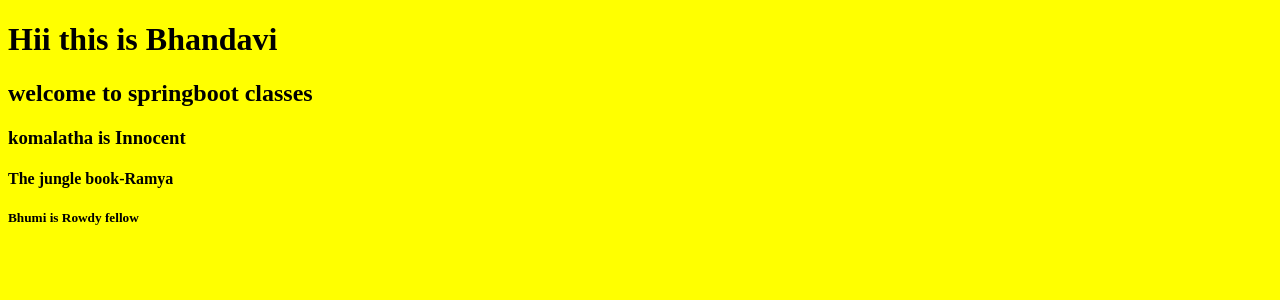
Repository: Bhandavi123/SpringPrograms
Page: SpringBootEx1/src/main/webapp/data.html
The author's editor kept a copy of each file at every save. The page is drawn from the files as they stood at one save, then again after the next save.
The browser window is 1280 px wide. The pictures show the whole page.

Above is the page before, as saved 2024-03-19 09:34:03.

### SpringBootEx1/src/main/webapp/data.html
<!DOCTYPE html>
<html>
<head>
<meta charset="ISO-8859-1">
<title>Insert title here</title>
</head>
<body bgcolor="yellow">
   <h1>Hii this is Bhandavi</h1>
   <h2>welcome to springboot classes</h2>
   <h3>komalatha is Innocent</h3>
   <h4>The jungle book-Ramya</h4>
   <h5>Bhumi is Rowdy fellow</h5>

</body>
</html>

After the next save:
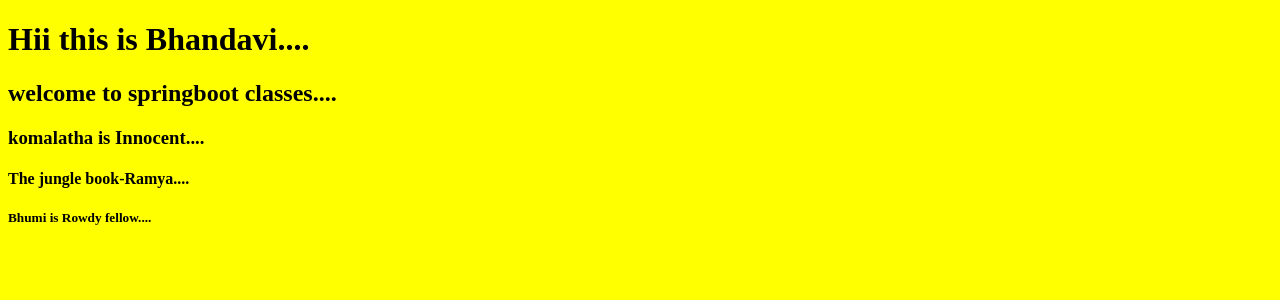
Saved 111 s later.
--- a/SpringBootEx1/src/main/webapp/data.html
+++ b/SpringBootEx1/src/main/webapp/data.html
@@ -5,11 +5,12 @@
 <title>Insert title here</title>
 </head>
 <body bgcolor="yellow">
-   <h1>Hii this is Bhandavi</h1>
-   <h2>welcome to springboot classes</h2>
-   <h3>komalatha is Innocent</h3>
-   <h4>The jungle book-Ramya</h4>
-   <h5>Bhumi is Rowdy fellow</h5>
+   <h1>Hii this is Bhandavi....</h1>
+   <h2>welcome to springboot classes....</h2>
+   <h3>komalatha is Innocent....</h3>
+   <h4>The jungle book-Ramya....</h4>
+   <h5>Bhumi is Rowdy fellow....</h5>
+   <h6></h6>
 
 </body>
 </html>
